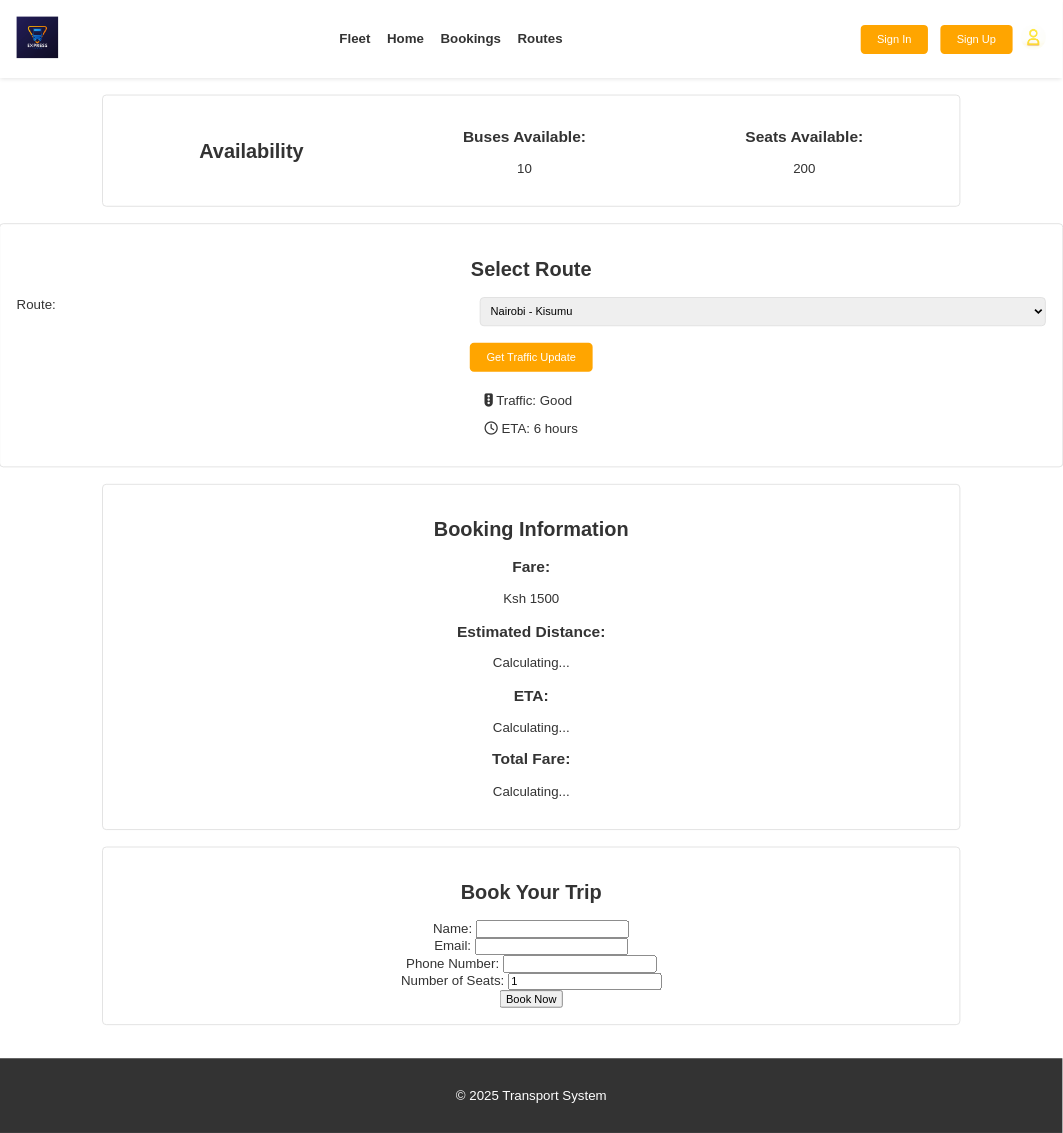
Repository: Ndegwa2/Smart-Transport-System
Page: client/booking.html
An editor plug-in stored every save of this project. The page is shown before and after the next save, followed by the edit.
The browser window is 1280 px wide. The page is 1281 px wide, so the pictures cover 1281 px, including what lies to the right of the window. The pictures show the whole page, at 83% of full size.

Above is the page before, as saved 2025-04-02 23:28:16.
Console error: TypeError: Cannot set properties of null (setting 'innerHTML')

After the next save:
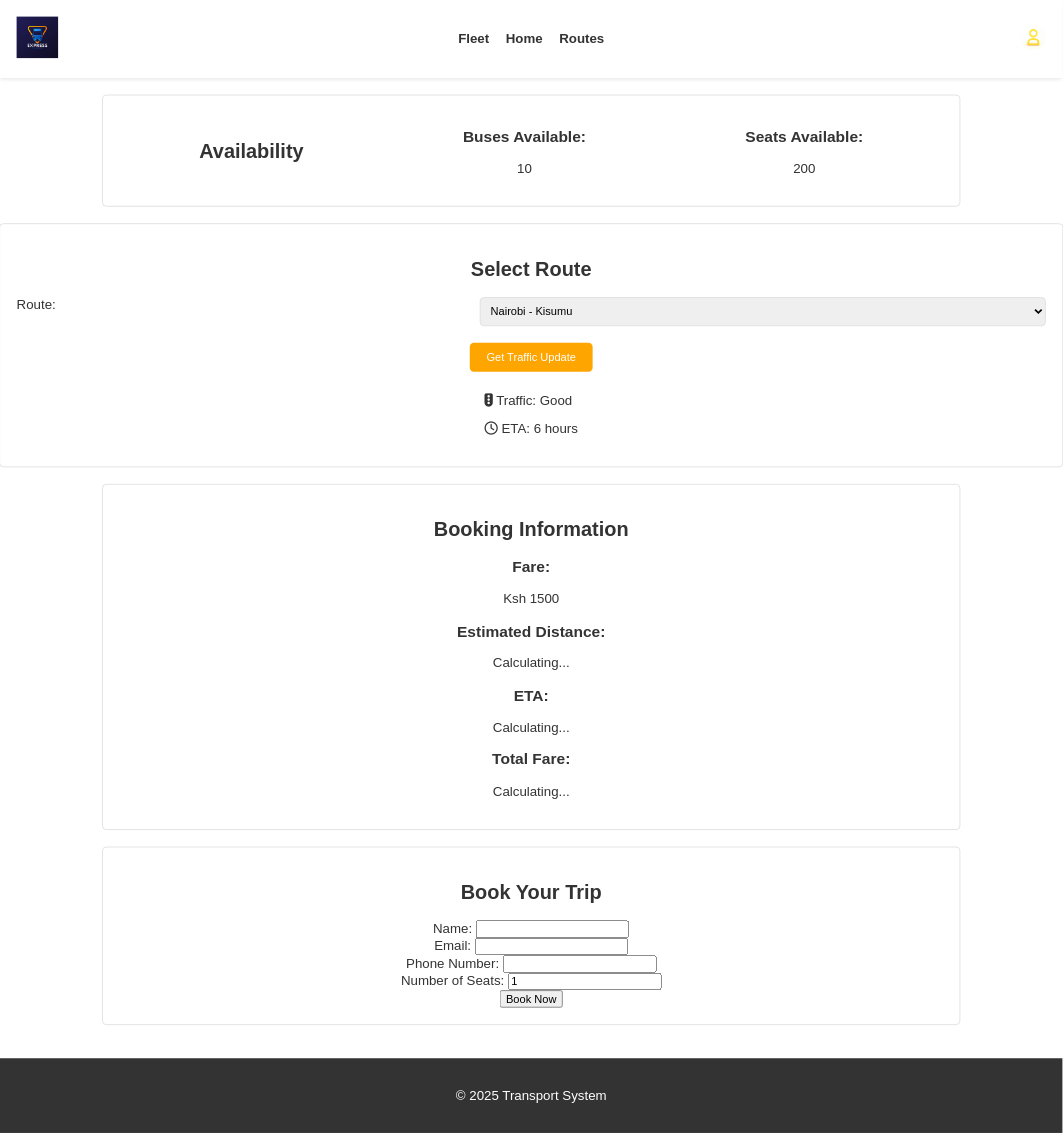
Saved 2 min 3 s later.
--- a/client/booking.html
+++ b/client/booking.html
@@ -360,15 +360,12 @@ footer {
             <ul>
                 <li><a href="#">Fleet</a></li>
                 <li><a href="landing page.html">Home</a></li>
-                <li><a href="booking.html">Bookings</a></li>
+
                 <li><a href="routes.html">Routes</a></li>
             </ul>
         </nav>
         <div class="account">
-            <div class="sign-in-out">
-                <button id="sign-in-button">Sign In</button>
-                <button id="sign-up-button">Sign Up</button>
-            </div>
+
              <div class="account-icon">
                 <img src="user-front-side-with-white-background.jpg" alt="Account">
             </div>
